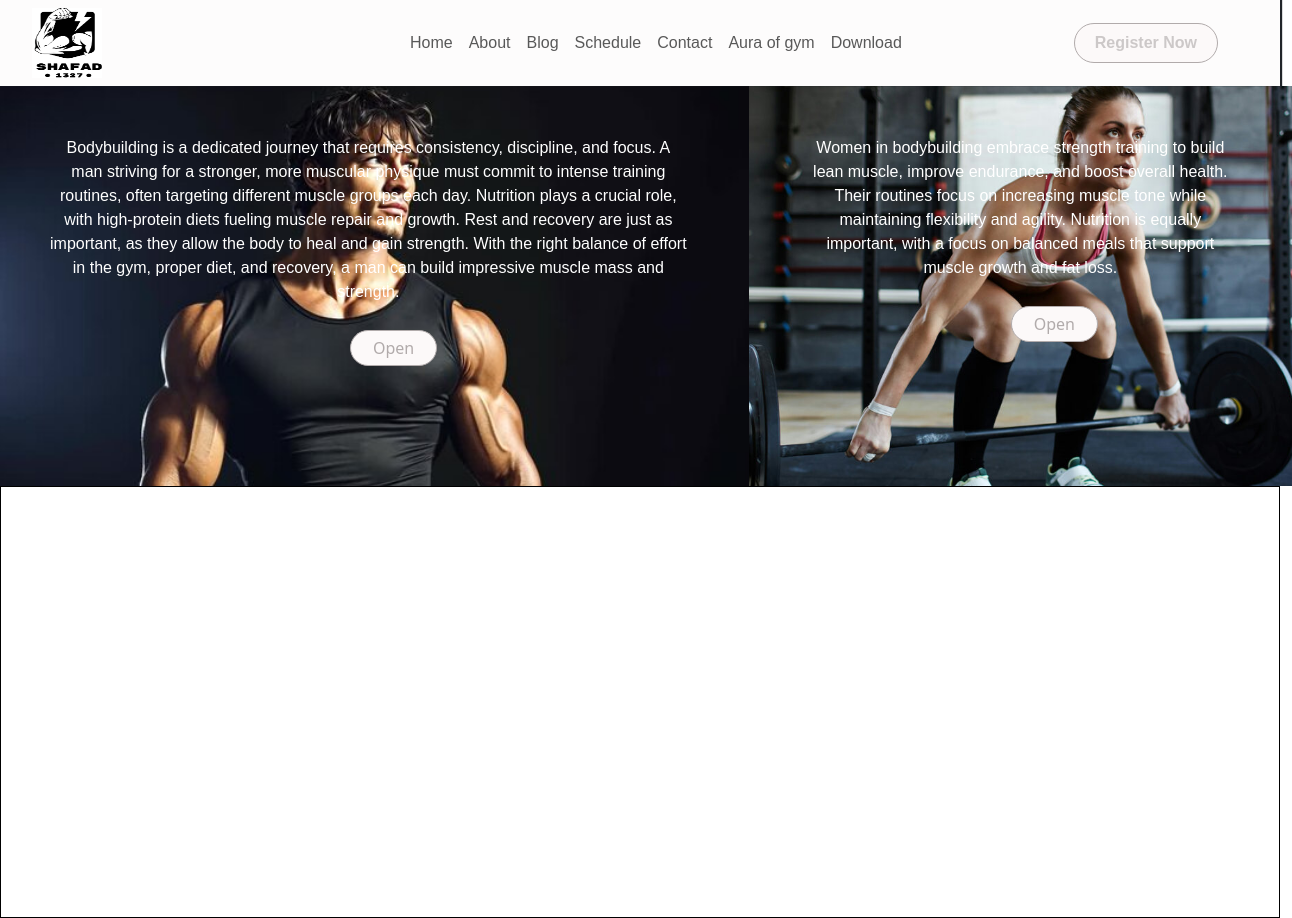
Repository: Daud-shafad/gymwebsite
Page: bootstrap-5.3.3-dist/bootstrap-5.3.3-dist/gym.html
These files come from the project's save history. The page is drawn as it stood at one moment and after the next save; the edit follows.
The browser window is 1280 px wide. The page is 1292 px wide, so the pictures cover 1292 px, including what lies to the right of the window. The pictures show the whole page.

Above is the page before, as saved 2024-12-28 14:23:06.

### bootstrap-5.3.3-dist/bootstrap-5.3.3-dist/gym.html
<!DOCTYPE html>
<html lang="en">
<head>
    <title>GYM WEBSITE</title>
    <meta charset="UTF-8">
    <meta name="viewport" content="width=device-width, initial-scale=1.0">
    <meta name="author" content="Daud_Shafad">
    <meta name="Description" content="This gym website front-end part">
    <meta name="keyword" content="html, css, bootstrap, front-end, gym, website">
    <link rel="stylesheet" href="gym.css">
    <link rel="stylesheet" href="css/bootstrap.css">


</head>
<body>

    <nav class="navbar navbar-expand-lg" style="background-color: rgb(253, 252, 252); box-shadow: 1px -1px 1px 1px">
        <div class="container-fluid">
          <img src="power.png" style="width: 70px;
          height: 70px; margin-left: 20px;" >
          <button class="navbar-toggler" type="button" data-bs-toggle="collapse" data-bs-target="#navbarSupportedContent" aria-controls="navbarSupportedContent" aria-expanded="false" aria-label="Toggle navigation">
            <span class="navbar-toggler-icon"></span>
          </button>
          <div class="collapse navbar-collapse" id="navbarSupportedContent" style="font-family: sans-serif;">
            <ul class="navbar-nav me-auto mb-2 mb-lg-0" style="margin-left: 300px;">
              <li class="nav-item" >
                <a class="nav-link" aria-current="page" href="#">Home</a>
              </li>
              <li class="nav-item" >
                <a class="nav-link" href="#">About</a>
              </li>
              <li class="nav-item">
                <a class="nav-link" href="#">Blog</a>
              </li>
              <li class="nav-item">
                <a class="nav-link" aria-disabled="false">Schedule</a>
              </li>
              <li class="nav-item">
                <a class="nav-link" aria-disabled="false">Contact</a>
              </li>
              <li class="nav-item">
                <a class="nav-link" aria-disabled="false">Aura of gym</a>
              </li>
              <li class="nav-item">
                <a class="nav-link" aria-disabled="false">Download</a>
              </li>
              </ul>
           <button class="btn-register">
            Register Now
           </button>
          </div>
        </div>
      </nav>

      <div class="row">
        <div class="col-7">
          <p class="p-man-bodybuilding">Bodybuilding is a dedicated journey that requires consistency, discipline, and focus. A man striving for a stronger, more muscular physique must commit to intense training routines, often targeting different muscle groups each day. Nutrition plays a crucial role, with high-protein diets fueling muscle repair and growth. Rest and recovery are just as important, as they allow the body to heal and gain strength. With the right balance of effort in the gym, proper diet, and recovery, a man can build impressive muscle mass and strength.</p>
          <button class="btn-open-1">Open</button>
        </div>
        <div class="col-5">
        <p class="p-women-bodybuilding">Women in bodybuilding embrace strength training to build lean muscle, improve endurance, and boost overall health. Their routines focus on increasing muscle tone while maintaining flexibility and agility. Nutrition is equally important, with a focus on balanced meals that support muscle growth and fat loss.</p>
        <button class="btn-open-2">Open</button>
    </div>
      </div>

    <section class="section-1">
     <div class="managers-part">

     </div>

    </section>



    <script src="js/bootstrap.js"></script>


</body>
</html>

### bootstrap-5.3.3-dist/bootstrap-5.3.3-dist/gym.css
*{
    margin:0;
    padding: 0;
}

.btn-register{
    background-color: rgb(252, 249, 249);
    padding: 7px 20px 7px 20px;
    border: 1px solid rgb(177, 171, 171);
    cursor: pointer;
    border-radius: 25px;
    margin-right: 50px;
    font-family: sans-serif;
    font-size: 16px;
    font-weight: 600;
    color: rgb(204, 200, 200);
    text-transform: capitalize;
    transition: all 2s;
}

.btn-register:hover{
   background-color: rgb(177, 171, 171);
   color: rgb(252, 249, 249);
   border: rgb(252, 249, 249);
   letter-spacing: 2px;
   box-shadow: 2px 1px 2px 2px;

}

#navbarSupportedContent:hover{
    letter-spacing: 1px;
    color: black;
    cursor: pointer;
    transition: all 2s;
}

.row .col-7{

    background: url(Trainer3.jpg);
    background-position: center;
    background-size: cover;
    background-repeat: no-repeat;
    height: 400px;

}

.row .col-7 .p-man-bodybuilding{
    font-family: sans-serif;
    font-size: 16px;
    font-weight: 400;
    text-align: center;
    padding: 50px;
    color: white;
}

.row .col-7 .btn-open-1{
   background-color: rgb(252, 249, 249);
   color: rgb(177, 171, 171);
   border: 1px solid rgb(177, 171, 171);
   cursor: pointer;
   border-radius: 25px;
   padding: 5px 22px 5px 22px;
   margin: -40px 50px 50px 350px;
   vertical-align: top;
   transition: all 2s;
}

.row .col-7 .btn-open-1:hover{
    background-color: rgb(177, 171, 171);
    color: rgb(252, 249, 249);
    border: rgb(252, 249, 249);
    letter-spacing: 2px;
    box-shadow: 2px 1px 2px 2px;
}

.row .col-5{
    background: url(Photowomen2.jpg);
    background-position: center;
    background-size: cover;
    background-repeat: no-repeat;
    height: 400px;


}

.row .col-5 .p-women-bodybuilding{
    font-family: sans-serif;
    font-size: 16px;
    font-weight: 400;
    text-align: center;
    padding: 50px;
    color: white;
}

.row .col-5 .btn-open-2{
    background-color: rgb(252, 249, 249);
    color: rgb(177, 171, 171);
    border: 1px solid rgb(177, 171, 171);
    cursor: pointer;
    border-radius: 25px;
    padding: 5px 22px 5px 22px;
    margin: -40px 50px 50px 250px;
    vertical-align: top;
    transition: all 2s;
 }

 .row .col-5 .btn-open-2:hover{
     background-color: rgb(177, 171, 171);
     color: rgb(252, 249, 249);
     border: rgb(252, 249, 249);
     letter-spacing: 2px;
     box-shadow: 2px 1px 2px 2px;
 }

 .section-1{
    display: block;
    position: relative;
    width: 100%;
    height: 60vh;
    border: 1px solid black;
 }

Loaded but not shown: bootstrap-5.3.3-dist/bootstrap-5.3.3-dist/css/bootstrap.css (library); bootstrap-5.3.3-dist/bootstrap-5.3.3-dist/js/bootstrap.js (library)

After the next save:
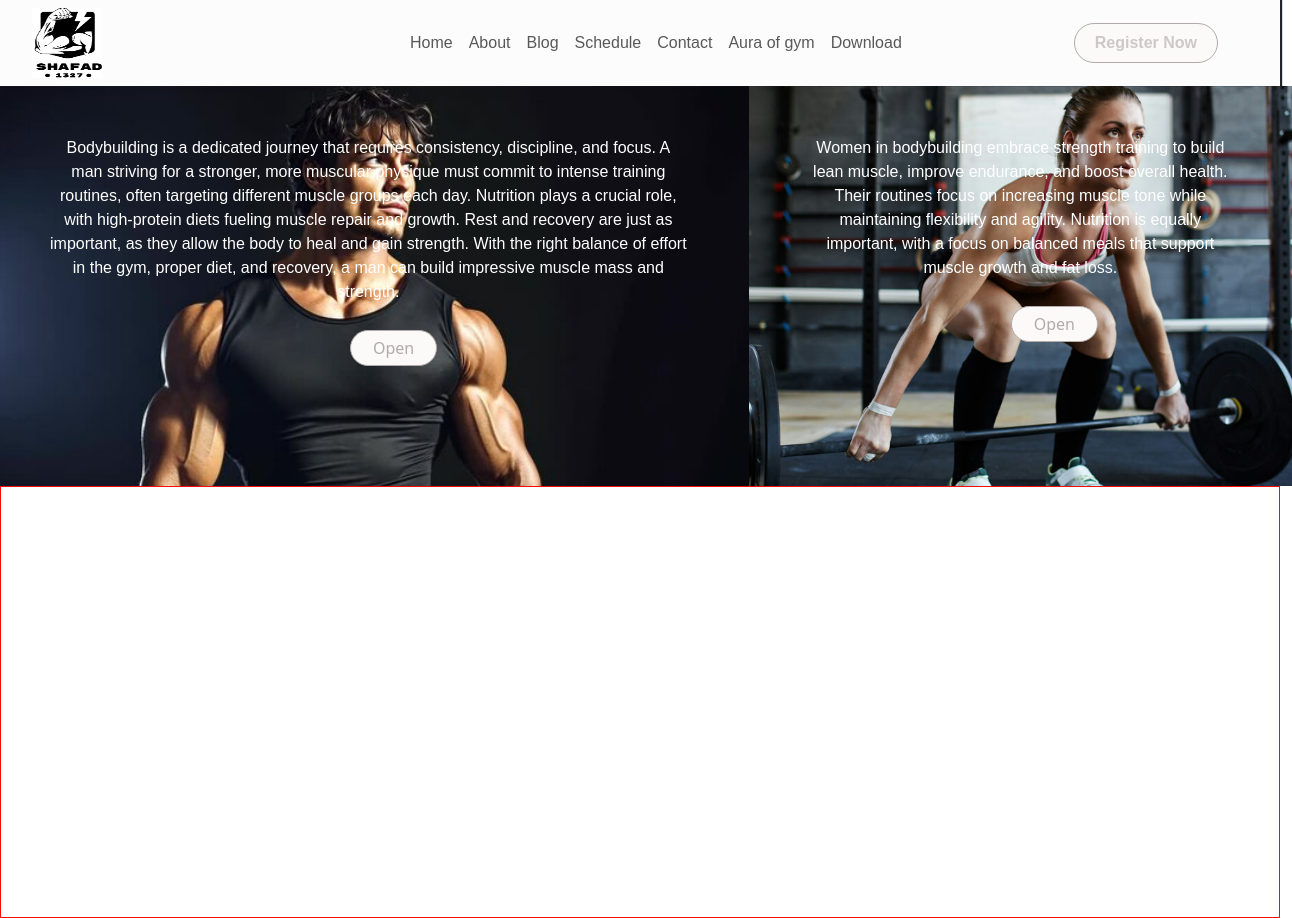
Saved 27 s later.
--- a/bootstrap-5.3.3-dist/bootstrap-5.3.3-dist/gym.css
+++ b/bootstrap-5.3.3-dist/bootstrap-5.3.3-dist/gym.css
@@ -117,5 +117,5 @@
     position: relative;
     width: 100%;
     height: 60vh;
-    border: 1px solid black;
+    border: 1px solid rgb(243, 14, 14);
  }
